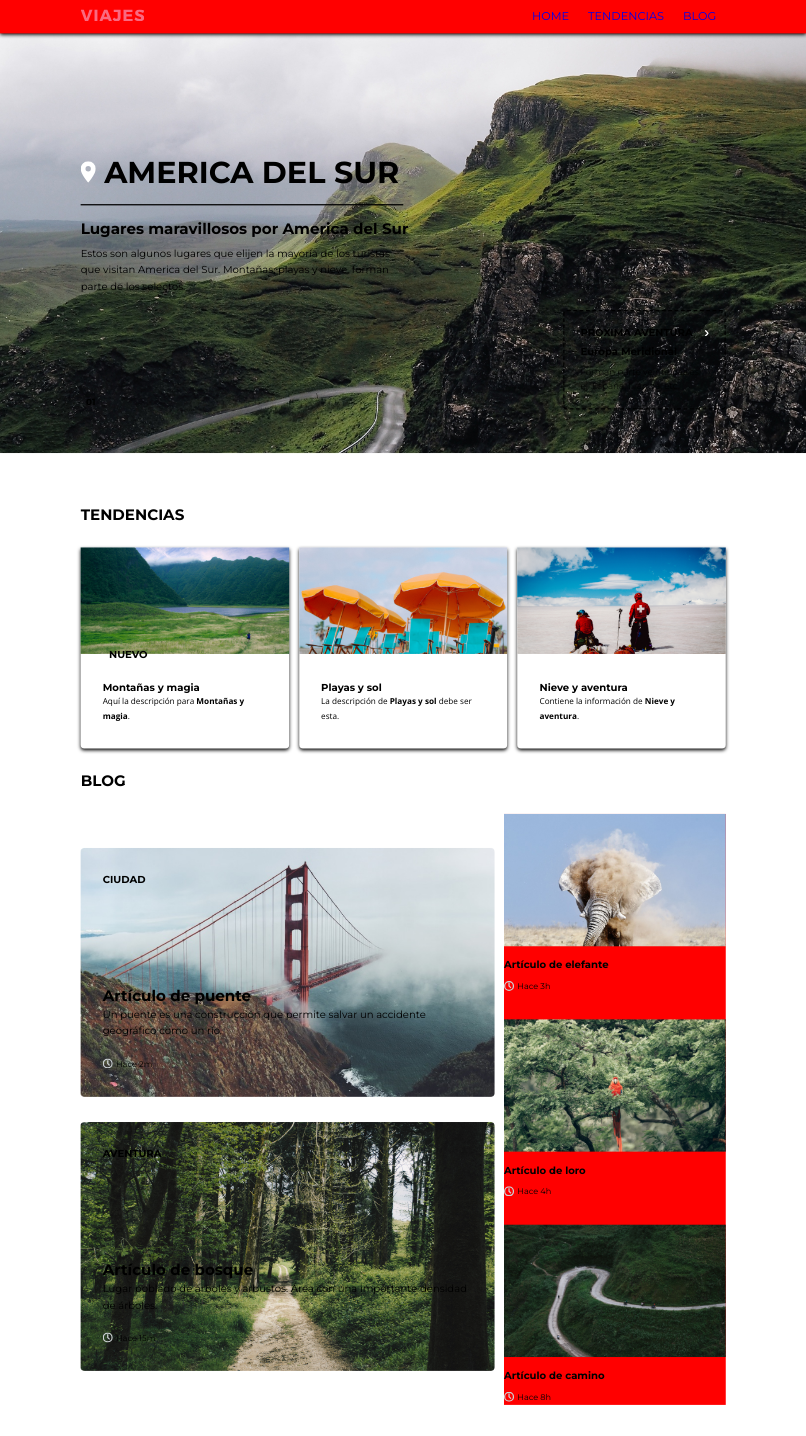
Repository: agustin-mesa/viajes
Page: /
An editor plug-in stored every save of this project. The page is shown before and after the next save, followed by the edit.
The browser window is 1280 px wide. The pictures show the whole page, at 63% of full size.
The project was rebuilt for these pictures with package versions that can differ from the ones it lists, and the page was loaded fresh each time. Also part of the build but not shown: src/components/styles/colors.module.scss.

Above is the page before, as saved 2021-11-12 01:16:30.

After the next save:
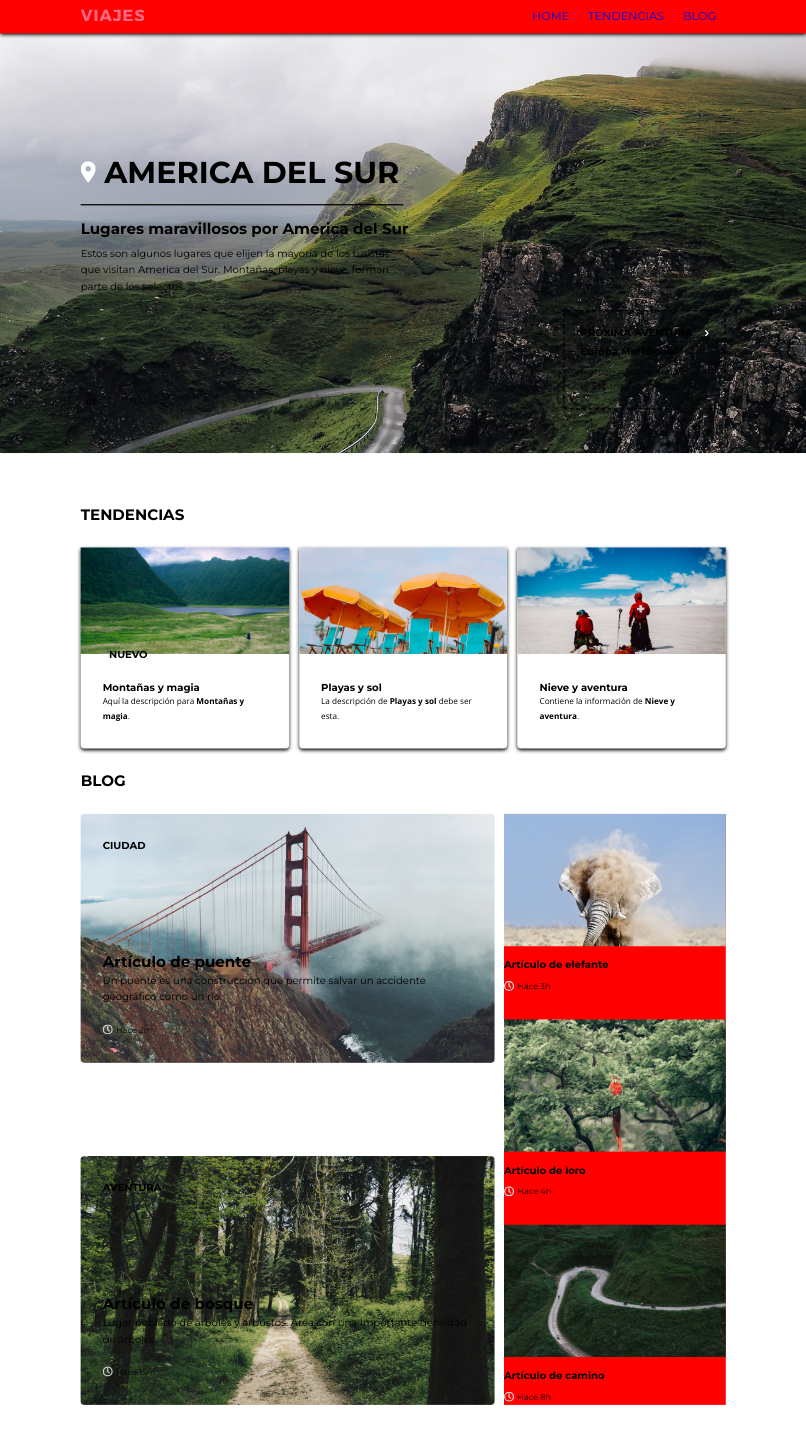
Saved 14 s later.
--- a/src/pages/Blog.js
+++ b/src/pages/Blog.js
@@ -124,7 +124,7 @@ const ContainerBlog = styled.section`
   .blog__article {
     display: flex;
     align-items: center;
-    justify-content: center;
+    justify-content: space-between;
     flex-direction: column;
     width: 100%;
 
@@ -136,7 +136,7 @@ const ContainerBlog = styled.section`
     background: red;
     display: flex;
     align-items: center;
-    justify-content: center;
+    justify-content: space-between;
     flex-direction: column;
     width: 40%;
     margin: 0 0 0 15px;
